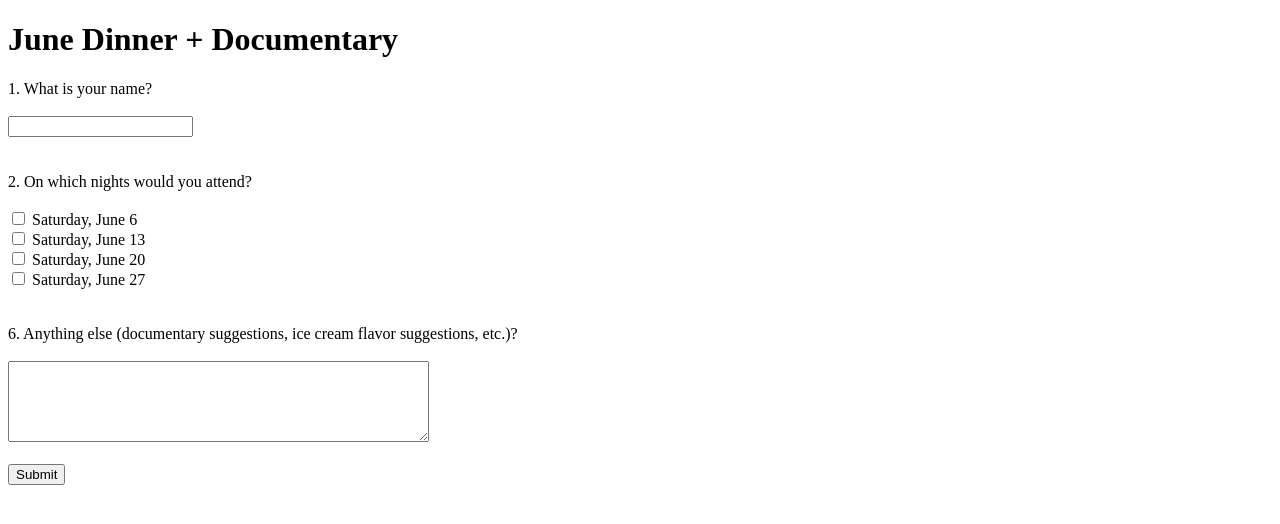
Repository: bhuhmann/event-survey
Page: survey.html
An editor plug-in stored every save of this project. The page is shown before and after a run of saves, followed by the edit.
The browser window is 1280 px wide. The pictures show the whole page.

Above is the page before, as saved 2020-04-01 16:39:33.

### survey.html
<!DOCTYPE html>
<html>
    <head>
        <link href="/style.css" rel="stylesheet" type="text/css">
        <title>June Dinner + Documentary</title>
    </head>
    <body>
        <h1>June Dinner + Documentary</h1>
        <!--TODO: form needs an action="" something, but I don't know how this works yet-->
        <form method="GET">
            <!--TODO: consider if further data validation would be useful-->
            <!--TODO: can I make automatic numbering happen so that I can easily reorder/add/remove questions?-->
            <!--TODO: make question font larger than answer font-->
            <label for="name" class="question">1. What is your name?</label>
            <br>
            <br>
            <input id="name" type="text" name="name" required>
            <br>
            <br>
            <br>
            <span class="question">2. On which nights would you attend?</span>
            <br>
            <br>
            <!--TODO: consider what date value should be for proper input into database-->
            <input id="june-6" type="checkbox" name="dates" value="Saturday, June 6">
            <label for="june-6">Saturday, June 6</label>
            <br>
            <input id="june-13" type="checkbox" name="dates" value="Saturday, June 13">
            <label for="june-13">Saturday, June 13</label>
            <br>
            <input id="june-20" type="checkbox" name="dates" value="Saturday, June 20">
            <label for="june-20">Saturday, June 20</label>
            <br>
            <input id="june-27" type="checkbox" name="dates" value="Saturday, June 27">
            <label for="june-27">Saturday, June 27</label>
            <br>
            <br>
            <!--The idea for the ranked-choice options is to do a drag-and-drop implementation similar to what
            Survey Monkey has currently. Specifically, when a person drags and drops an item, the numbers of
            all the items get initially set. Similar to the current implementation, the idea is that people
            can also use a dropdown to select a specific rank for any particular item. However, we should have some
            check for / enforced agreement between manually set rank and drag-and-drop rank. Additionally,
            unlike the current Survey Monkey implementation, we should allow for ties (maybe?) and allow for
            unranked items. For the actual vote tallying, Kevin suggests Condorcet.-->
            <!--Please rank the films in order of preference. Maybe drag and drop, probably requires JS?-->
            <!--Please rank the main dishes in order of preference. Maybe drag and drop, probably requires JS?-->
            <!--Please rank the ice cream flavors in order of preference. Maybe drag and drop, probably requires JS?-->
            <br>
            <label for="anything" class="question">6. Anything else (documentary suggestions, ice cream flavor suggestions, etc.)?</label>
            <br>
            <br>
            <textarea id="anything" name="free-response" rows="5" cols="50"></textarea>
            <br>
            <br>
            <input type="submit">
        </form>
    </body>
</html>

### style.css
.class {
    font-size: 16;
}

After the next 2 saves:
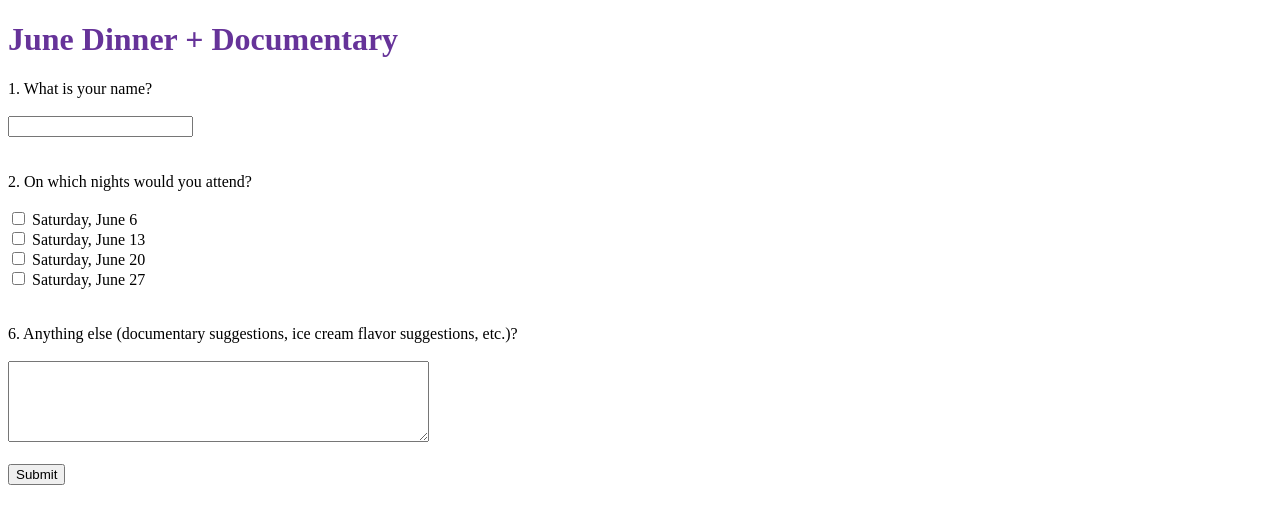
The 2 saves are shown as one change because they came seconds apart.
The last was saved 28 s later.
--- a/style.css
+++ b/style.css
@@ -1,3 +1,6 @@
+h1 {
+    color: rebeccapurple;
+}
 .class {
     font-size: 16;
 }
